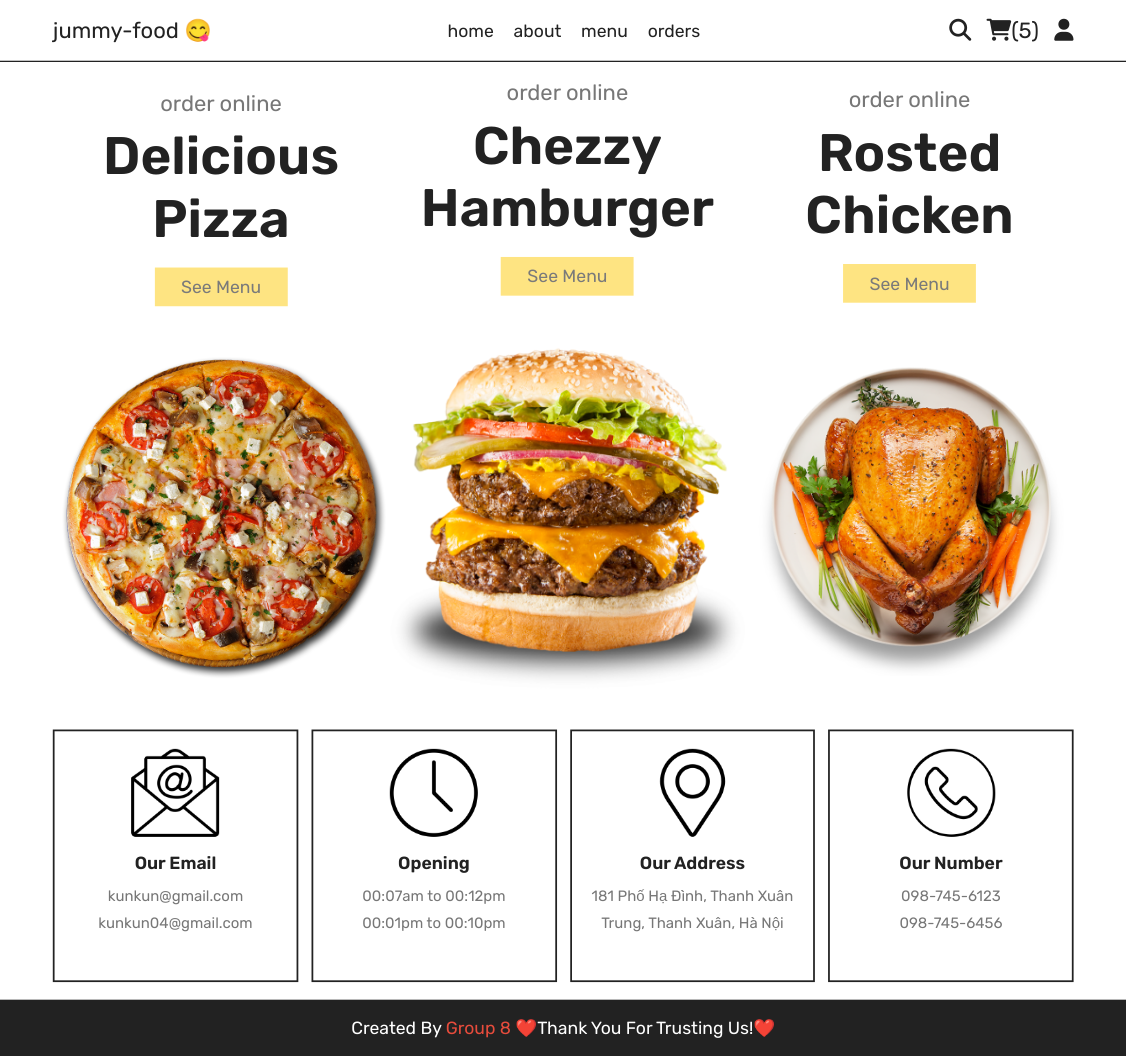
Repository: VuongLinhDinh/jummy_food
Page: home.html
These files come from the project's save history. The page is drawn as it stood at one moment and after the next save; the edit follows.
The browser window is 1280 px wide. The pictures show the whole page, at 88% of full size.
Some web libraries are served in a nearby version.

Above is the page before, as saved 2023-11-07 16:54:03.

After the next save:
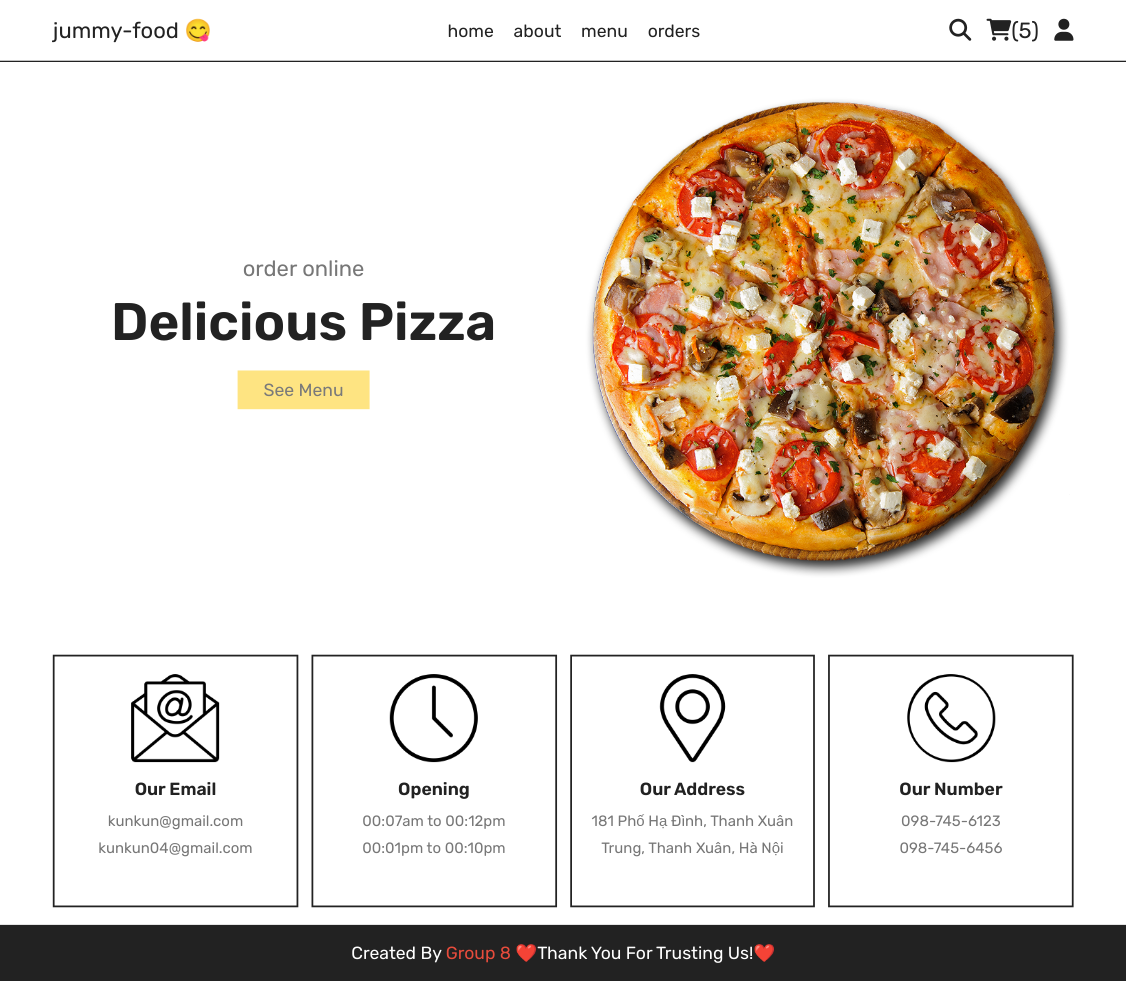
Saved 42 s later.
--- a/home.html
+++ b/home.html
@@ -43,7 +43,7 @@
     <section class="hero">
       <div class="swiper hero-slider">
         <div class="swiper-wrapper">
-            <div class="slide">
+            <div class="swiper-slide slide">
                 <div class="content">
                     <span>order online</span>
                     <h3>delicious pizza</h3>
@@ -54,7 +54,7 @@
                 </div>
             </div>
 
-            <div class="slide">
+            <div class="swiper-slide slide">
                 <div class="content">
                     <span>order online</span>
                     <h3>chezzy hamburger</h3>
@@ -65,7 +65,7 @@
                 </div>
             </div>
 
-            <div class="slide">
+            <div class="swiper-slide slide">
                 <div class="content">
                     <span>order online</span>
                     <h3>rosted chicken</h3>
